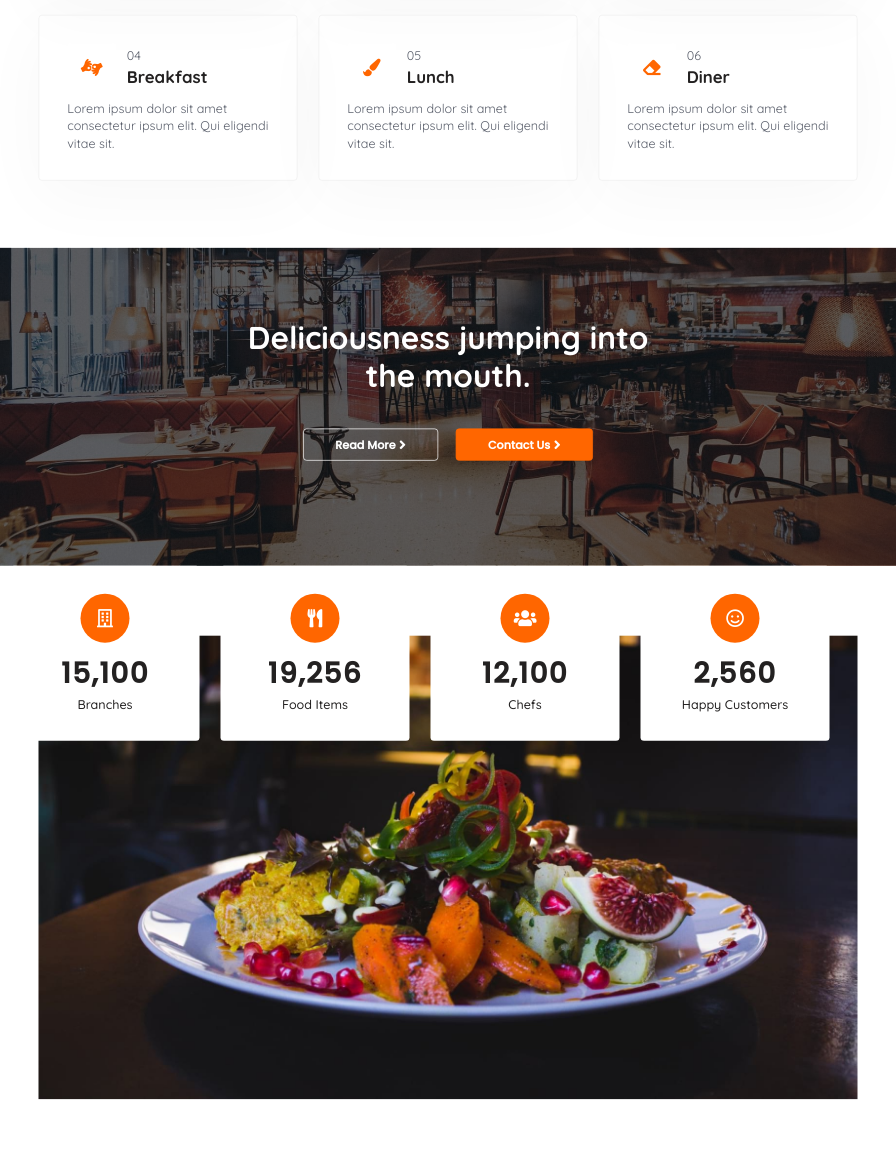
Repository: baobaodeveloper/bootscap21_project_AnhBao_VietToan_VietDuc
Page: index.html
An editor plug-in stored every save of this project. The page is shown before and after the next save, followed by the edit.
The browser window is 1280 px wide. The pictures show the part of the page from y = 3143 to 5063 px (the page is 4813 px tall before and 5063 px after), at 70% of full size.
Backgrounds fixed to the window are drawn as part of the page.

Above is the page before, as saved 2022-03-04 09:23:01.

After the next save:
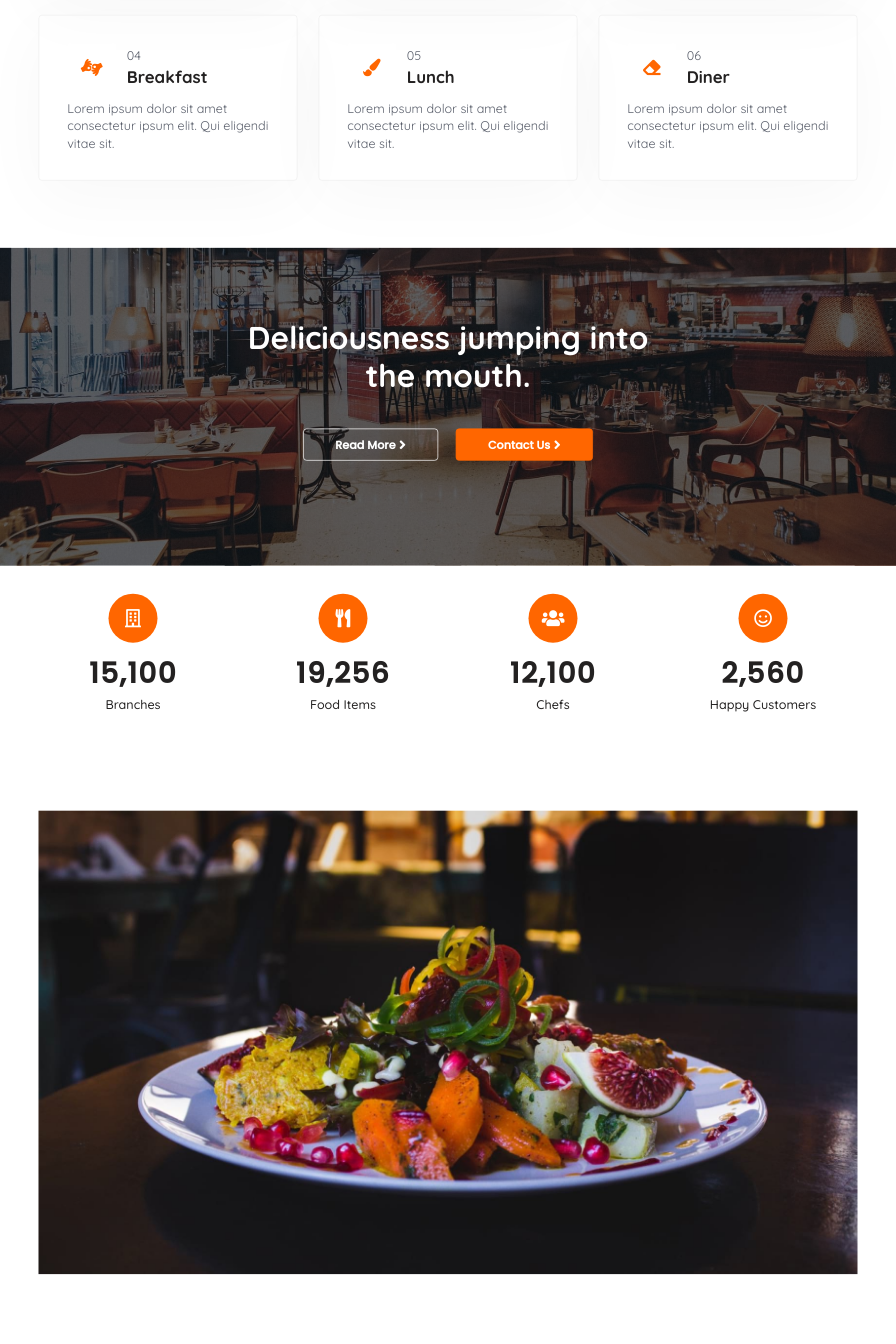
Saved 23 s later.
--- a/style.css
+++ b/style.css
@@ -541,8 +541,6 @@ body {
 
 /* delicious section starts */
 .delicious {
-  position: relative;
-
   padding: 10rem 0 15rem;
   display: flex;
   justify-content: center;
@@ -579,8 +577,6 @@ body {
 }
 
 .count {
-  position: absolute;
-
   display: flex;
   gap: 3rem;
 }
